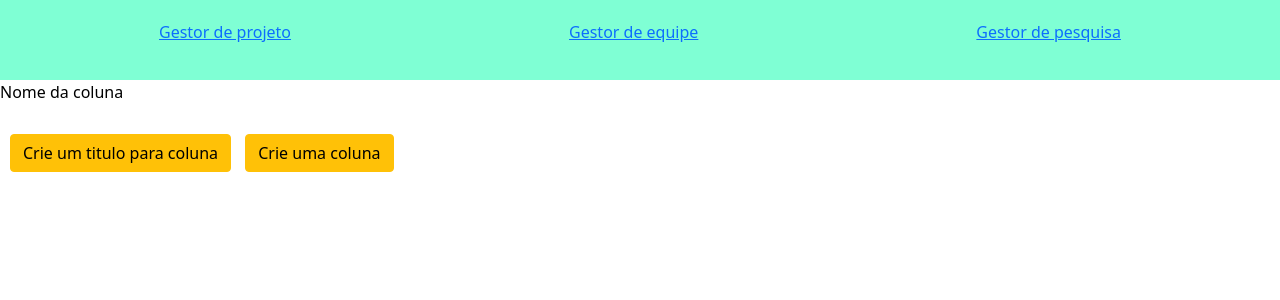
Repository: shadowruge/kanban
Page: index.html
An editor plug-in stored every save of this project. The page is shown before and after the next save, followed by the edit.
The browser window is 1280 px wide. The pictures show the whole page.

Above is the page before, as saved 2021-06-12 21:13:42.

### index.html
<!DOCTYPE html>
<html lang="en">
  <head>
    <meta charset="UTF-8" />
    <meta http-equiv="X-UA-Compatible" content="IE=edge" />
    <meta name="viewport" content="width=device-width, initial-scale=1.0" />
    <script src="https://cdn.jsdelivr.net/npm/@popperjs/core@2.9.2/dist/umd/popper.min.js" integrity="sha384-IQsoLXl5PILFhosVNubq5LC7Qb9DXgDA9i+tQ8Zj3iwWAwPtgFTxbJ8NT4GN1R8p" crossorigin="anonymous"></script>
<script src="https://cdn.jsdelivr.net/npm/bootstrap@5.0.1/dist/js/bootstrap.min.js" integrity="sha384-Atwg2Pkwv9vp0ygtn1JAojH0nYbwNJLPhwyoVbhoPwBhjQPR5VtM2+xf0Uwh9KtT" crossorigin="anonymous"></script>

    <script src="https://cdn.jsdelivr.net/npm/bootstrap@5.0.1/dist/js/bootstrap.bundle.min.js" integrity="sha384-gtEjrD/SeCtmISkJkNUaaKMoLD0//ElJ19smozuHV6z3Iehds+3Ulb9Bn9Plx0x4" crossorigin="anonymous"></script>
    <link href="https://cdn.jsdelivr.net/npm/bootstrap@5.0.1/dist/css/bootstrap.min.css" rel="stylesheet" integrity="sha384-+0n0xVW2eSR5OomGNYDnhzAbDsOXxcvSN1TPprVMTNDbiYZCxYbOOl7+AMvyTG2x" crossorigin="anonymous">
    <link rel="stylesheet" href="style.css" />

    <title id="Description">Shadow Kanban</title>
  </head>
  <header>
    <nav class="nav">
      <p><a href="#">Gestor de projeto</a></p>
      <p><a href="#">Gestor de equipe</a></p>
      <p><a href="#">Gestor de pesquisa</a></p>

    </nav>
  </header>
  <body>

    <!--botão-->
    <input type="text" id="myText" value="Nome da coluna"><br>

    <button type="button" class="btn btn-warning" onclick="colunFunction()">Crie um titulo para coluna</button>
    <button type="button" class="btn btn-warning" onclick="textareaFunction()">Crie uma coluna</button>

   <br /><br /><br /><br />
    <div class="Linha" style="width:600px;">
    <!-- RECEBE DIVS DINAMICAS -->
    </div>

  </body>
  <script>
    function textareaFunction() {
      var x = document.createElement("textarea");
      var t = document.createTextNode("");
      x.appendChild(t);
      document.body.appendChild(x);
    }
  </script>
</html>

### style.css
/* setando html */
* {

  margin: 0;
  padding: 0;
  border: 0;

}

/* nav confi fora da tag body */

.nav {

  background-color:aquamarine;
  padding: 20px;
  flex-wrap: wrap;
  display: flex;
  justify-content: space-around;

}

  button {

    bootstrap:warning;
    color: white;
    background-color: brown;
    margin-top: 30px;
    margin-left: 10px;

  }

  .textarea{
    border:dotted;

  }

After the next save:
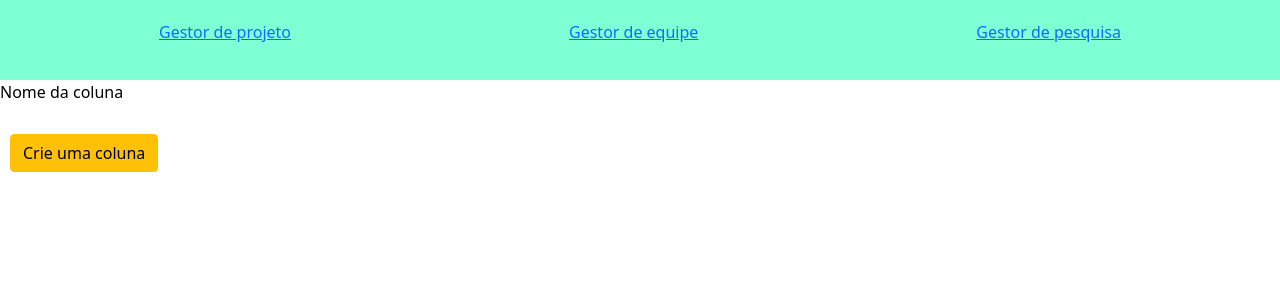
Saved 10 s later.
--- a/index.html
+++ b/index.html
@@ -26,7 +26,7 @@
     <!--botão-->
     <input type="text" id="myText" value="Nome da coluna"><br>
 
-    <button type="button" class="btn btn-warning" onclick="colunFunction()">Crie um titulo para coluna</button>
+
     <button type="button" class="btn btn-warning" onclick="textareaFunction()">Crie uma coluna</button>
 
    <br /><br /><br /><br />
